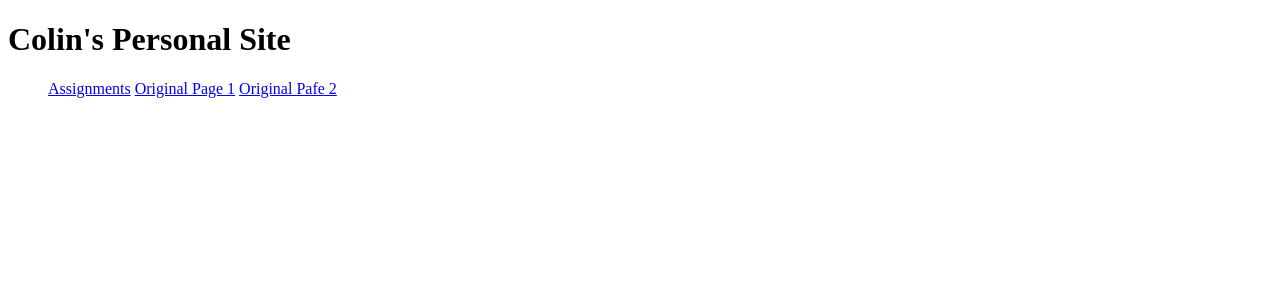
Repository: mclearc1/IMM-130-Files
Page: personal_site/index.html
The author's editor kept a record of every edit. The page is drawn from the files as they stood at one moment, then again after the next edit.
The browser window is 1280 px wide. The pictures show the whole page.

Above is the page before.

After the next edit:
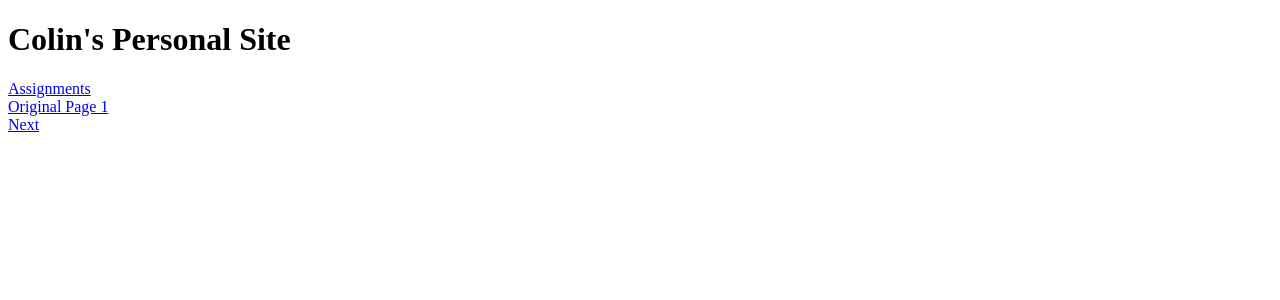
The edit:
--- a/personal_site/index.html
+++ b/personal_site/index.html
@@ -7,9 +7,8 @@
 
     <body>
         <h1>Colin's Personal Site</h1>
-        <ul>
-        <a href="assignments.html">Assignments</a>
-        <a href="original1.html">Original Page 1</a>
-        <a href="original2.html">Original Pafe 2</a>
+        <a href="assignments.html">Assignments</a><br>
+        <a href="original1.html">Original Page 1</a><br>
+        <a href="original2.html">Next</a><br>
     </body>
 </html>
